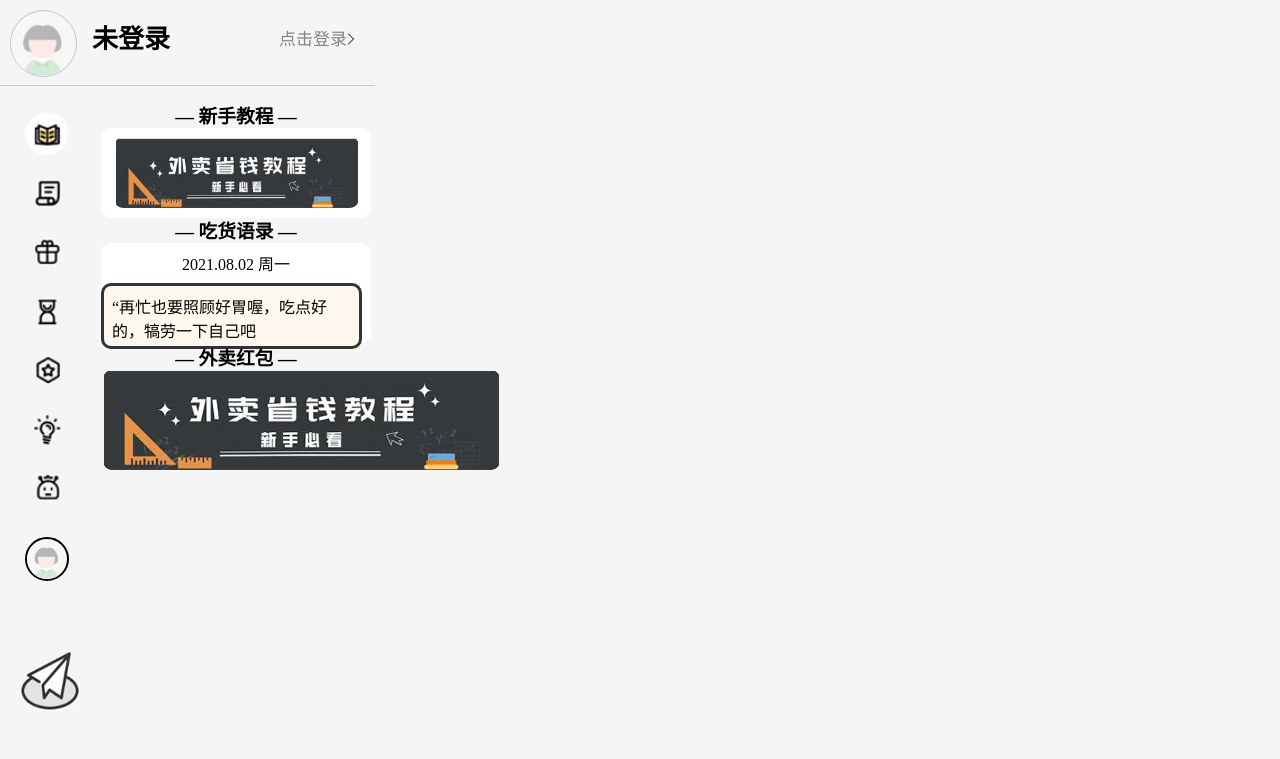
Repository: Privatexiao/projects
Page: Takeout assistant/index.html
The author's editor kept a copy of each file at every save. The page is drawn from the files as they stood at one save, then again after a run of saves.
The browser window is 1280 px wide. The pictures show the whole page.

Above is the page before, as saved 2021-08-02 17:15:48.

### Takeout assistant/index.html
<!DOCTYPE html>
<html lang="en">
<head>
    <meta charset="UTF-8">
    <meta http-equiv="X-UA-Compatible" content="IE=edge">
    <meta name="viewport" content="width=device-width, initial-scale=1.0">
    <script src="js/vue.js" type="text/javascript"></script>
    <script src="js/require.js" type="text/javascript"></script>
    <link href="css/index.css"  rel="stylesheet" type="text/css">
    <title>Document</title>
</head>
<body>
    <div id="app">
        <div class="bar">
            <div class="HeadPortrait"><a href="javaScript:"><img :src="userInfo.avatar"></div><span class="NoHeadPortrait">{{NoHeadPortrait}}</span></a>
            <div class="TheLogin">
                <a href="javaScript:">{{HeadPortrait}}<img src="img/Put It away.png"></a>
            </div>
        </div>
        <div class="LeftBar">
            <ul>
                <!-- <li v-for="(item, index) of list"
                    :key="index"
                    :class="{active:index == num}"
                    @click="addClassName(index)"
        >

        <img v-show="num!=index" :class="item.icon" src="img/新手教程.png"></img>
        <img v-show="num==index" :class="item.active" src="img/新手教程two.png"></img>

        <img v-show="num!=index" :class="item.icon" src="img/吃货语录.png"></img>
        <img v-show="num==index" :class="item.active" src="img/吃货语录two.png"></img>

        <img v-show="num!=index" :class="item.icon" src="img/外卖红包.png"></img>
        <img v-show="num==index" :class="item.active" src="img/外卖红包two.png"></img>

        <img v-show="num!=index" :class="item.icon" src="img/饭补活动.png"></img>
        <img v-show="num==index" :class="item.active" src="img/饭补活动two.png"></img>

        <img v-show="num!=index" :class="item.icon" src="img/大作战.png"></img>
        <img v-show="num==index" :class="item.active" src="img/大作战two.png"></img>

        <img v-show="num!=index" :class="item.icon" src="img/今天吃什么.png"></img>
        <img v-show="num==index" :class="item.active" src="img/今天吃什么two.png"></img>

                </li> -->
                <li><a href="#top1"><img src="img/新手教程two.png"></a></li>
                <li><a href="#top2"><img src="img/吃货语录.png"></a></li>
                <li><a href="#top3"><img src="img/外卖红包.png"></a></li>
                <li><a href="#top4"><img src="img/饭补活动.png"></a></li>
                <li><a href="#top5"><img src="img/大作战.png"></a></li>
                <li><a href="#top6"><img src="img/今天吃什么.png"></a></li>
                <li><a href="#top7"><img src="img/客服微信.png"></a></li>
                <li class="fot1"><a href="#top8"><img src="img/头像.png"></a></li>
                <li class="fot2"><a href="#top9"><img src="img/小飞机.png"></a></li>
            </ul>
        </div>

        <div class="TheTutorial"><a name="top1">
            <h3>—&nbsp;新手教程&nbsp;—</h3>
            <div class="xsjc_bj"><img src="img/新手教程nr.png"></div>
        </a></div>

        <div class="VersionQuotation"><a name="top2">
            <h3>—&nbsp;吃货语录&nbsp;—</h3>
            <div class="chyl_bj">
                <p>2021.08.02&nbsp;周一</p>
                <div class="chyl_nr">
                    <p>“再忙也要照顾好胃喔，吃点好的，犒劳一下自己吧</p>
                </div>
        </a></div>

        <div class="take_out"><a name="top3">
            <h3>—&nbsp;外卖红包&nbsp;—</h3>
            <div class="wmhb_bj">
                <img src="img/新手教程nr.png"></div>
        </a></div>
    </div>



    <script>
        let app = new Vue({
            el:'#app',
            data:{
                NoHeadPortrait:"未登录",
                HeadPortrait:"点击登录",
                userInfo:{
                    avatar:'img/头像.png'
                },

    //     list: [
    //     {
    //       icon: "iconfont icon-wode",  //原始显示的图标
    //       active: "iconfont icon-shouye", //点击之后要显示的图标
    //     },
    //     {
    //     icon: "iconfont icon-icon",
    //     active: "iconfont icon-gouwuche",
    //     },
    //     {
    //     icon: "iconfont icon-gouwuche",
    //     active: "iconfont icon-icon",
    //     },
    //     {
    //     icon: "iconfont icon-wode",
    //     active: "iconfont icon-shouye",
    //     }
    // ],
    // num: 0,
    // tabName: ""
    // },
    // methods: {
    // addClassName: function(index) {
    //     console.log(index);
    //     this.num = index;
    // }

            }
        })
    </script>
</body>
</html>

### Takeout assistant/css/index.css
/* 全局配置 */
body{
    width: 375px;
    height: 667px;
    min-width: 375px;
    background-color: rgb(245,245,245);
}
a{
    text-decoration: none;
    color: black;
}
*{
    padding: 0;
    margin: 0;
}
ul,ol{
    list-style: none;
}

/* 上面状态栏 */
.bar {
    width: 100%;
    height: 85px;
    float: left;
    border-bottom: 1px solid rgba(136, 136, 136, 0.438);
}
/* 头像 */
.bar .HeadPortrait img{
    margin: 10px 0 0 10px;
    float: left;
    width: 65px;
    height: 65px;
    border: 1px solid rgba(136, 136, 136, 0.438);
    border-radius: 50%;
}
/* 未登录 */
.bar .NoHeadPortrait{
    float: left;
    font-size: 26px;
    font-weight:bold;
    line-height: 80px;
    margin-left: 15px;
}
/* 点击登录 */
.bar .TheLogin a{
    float: right;
    line-height: 80px;
    font-size: 17px;
    margin-right: 20px;
    color: rgba(114, 114, 114, 0.87);
}

/* 左边图标状态栏 */
.LeftBar{
    margin: 15px 0 15px 15px;
    float: left;
}
.LeftBar ul li{
    margin: 10px 0 10px 10px;
    cursor: pointer;
}
.LeftBar ul li img{
    width: 45px;
    height: 45px;
}
.LeftBar ul .fot1 img{
    width: 40px;
    height: 40px;
    border: 2px solid black;
    border-radius: 50%;
    margin-top: 13px;
}
.LeftBar ul .fot2 img{
    width: 80px;
    height: 80px;
    margin: 45px 10px 10px -15px;
}


/* 新手教程 */
.TheTutorial{
    float: left;
    margin: 15px 1px 10px 1px;
    width: 270px;
    height: 90px;
}
/* 新手教程背景白色图片 */
.TheTutorial .xsjc_bj{
    background-color: white;
    width: 270px;
    height: 90px;
    text-align: center;
    border-radius: 10px;
}
/* 新手教程标题 */
.TheTutorial h3,
.VersionQuotation h3,
.take_out h3{
    text-align: center;
}
/* 新手教程内容图片 */
.TheTutorial .xsjc_bj img{
    padding-top: 10px;
    width: 245px;
    height: 70px;
    border-radius: 9px;
}

/* 吃货语录 */
.VersionQuotation{
    float: left;
    margin: 15px 1px 10px 1px;
    width: 270px;
    height: 90px;
}
.VersionQuotation p{
    text-align: center;
    padding: 8px;
}
.VersionQuotation .chyl_bj{
    background-color: white;
    width: 270px;
    height: 100px;
    text-align: center;
    border-radius: 10px;
}
.VersionQuotation .chyl_nr{
    background-color: rgb(253,247,237);
    width: 255px;
    height: 60px;
    border-radius: 10px;
    border: 3px solid rgb(51,51,51);
    padding: auto;
}
.VersionQuotation .chyl_nr p{
    text-align: left;
}

Loaded but not shown: Takeout assistant/js/vue.js (library); Takeout assistant/js/require.js (2145 lines, source omitted)

After the next 2 saves:
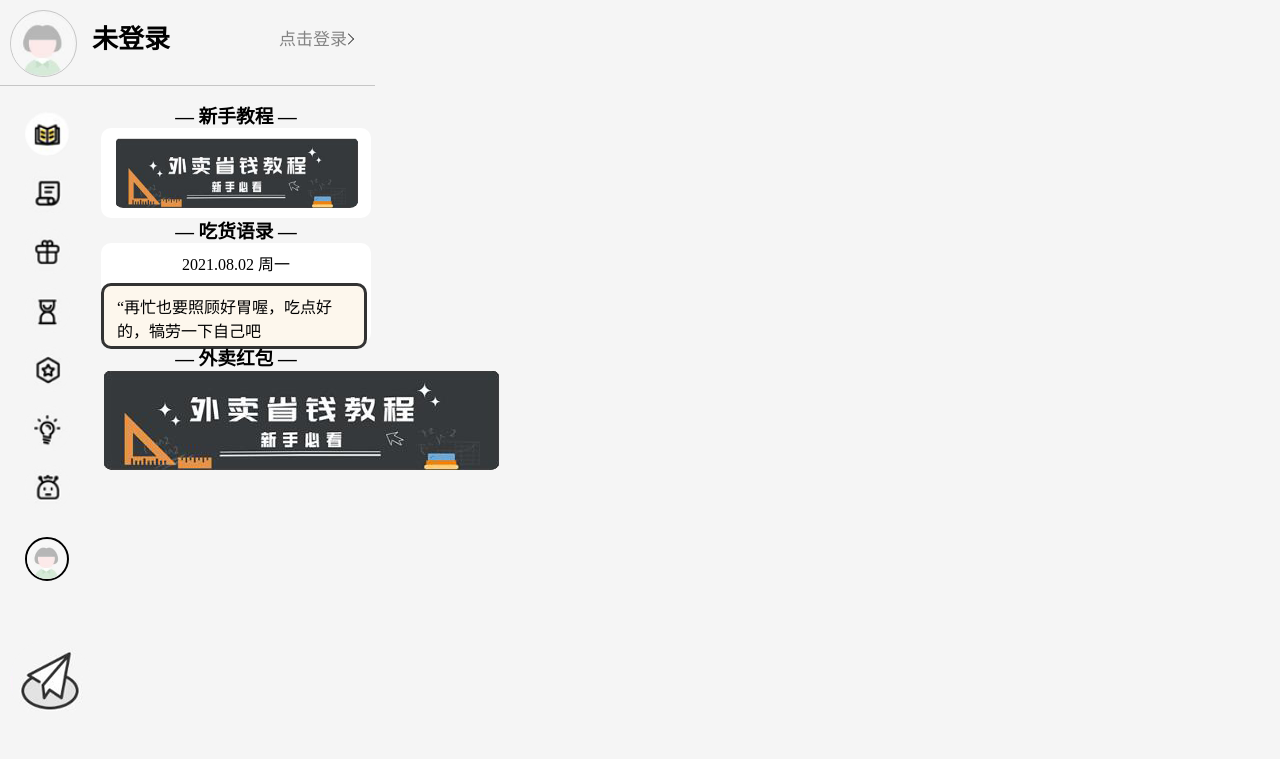
The 2 saves are shown as one change because they came seconds apart.
The last was saved 10 s later.
--- a/Takeout assistant/css/index.css
+++ b/Takeout assistant/css/index.css
@@ -130,7 +130,7 @@
     height: 60px;
     border-radius: 10px;
     border: 3px solid rgb(51,51,51);
-    padding: auto;
+    padding-left: 5px;
 }
 .VersionQuotation .chyl_nr p{
     text-align: left;

After the save that followed:
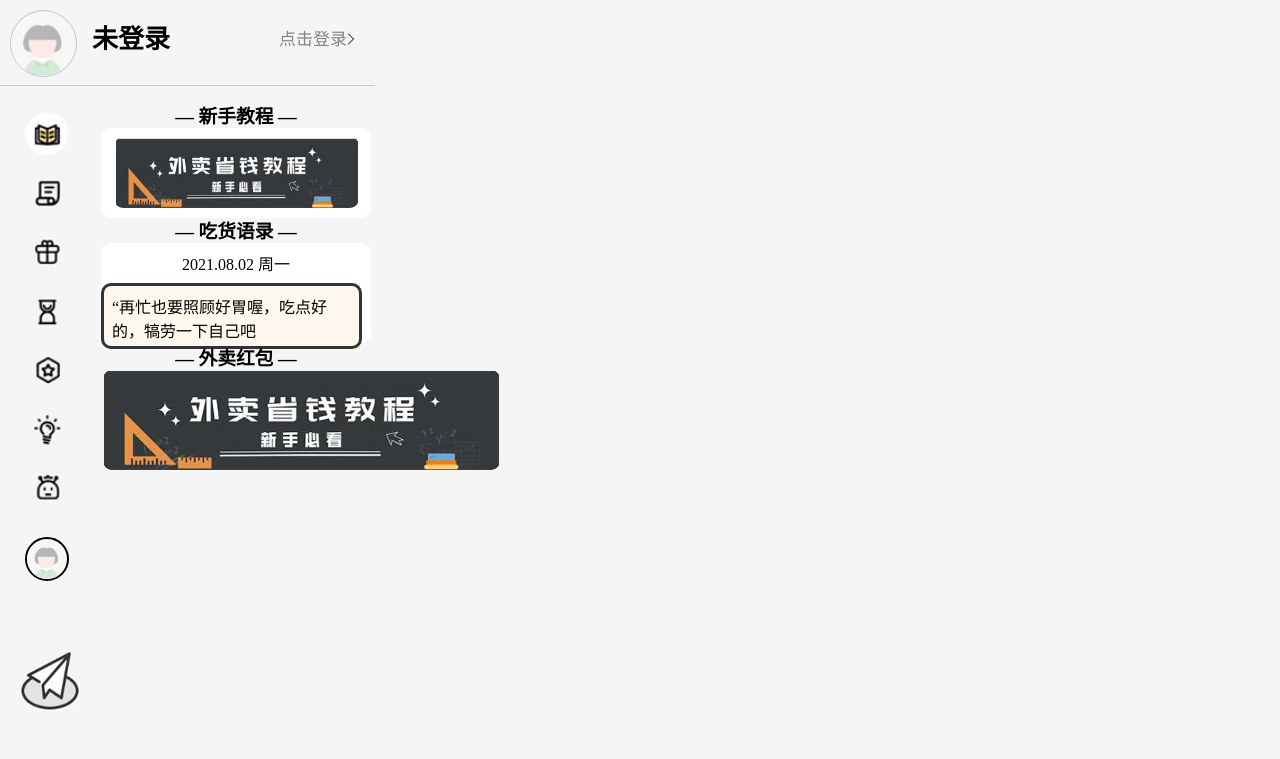
Saved 10 s later.
--- a/Takeout assistant/css/index.css
+++ b/Takeout assistant/css/index.css
@@ -130,7 +130,7 @@
     height: 60px;
     border-radius: 10px;
     border: 3px solid rgb(51,51,51);
-    padding-left: 5px;
+    ma-left: 5px;
 }
 .VersionQuotation .chyl_nr p{
     text-align: left;
